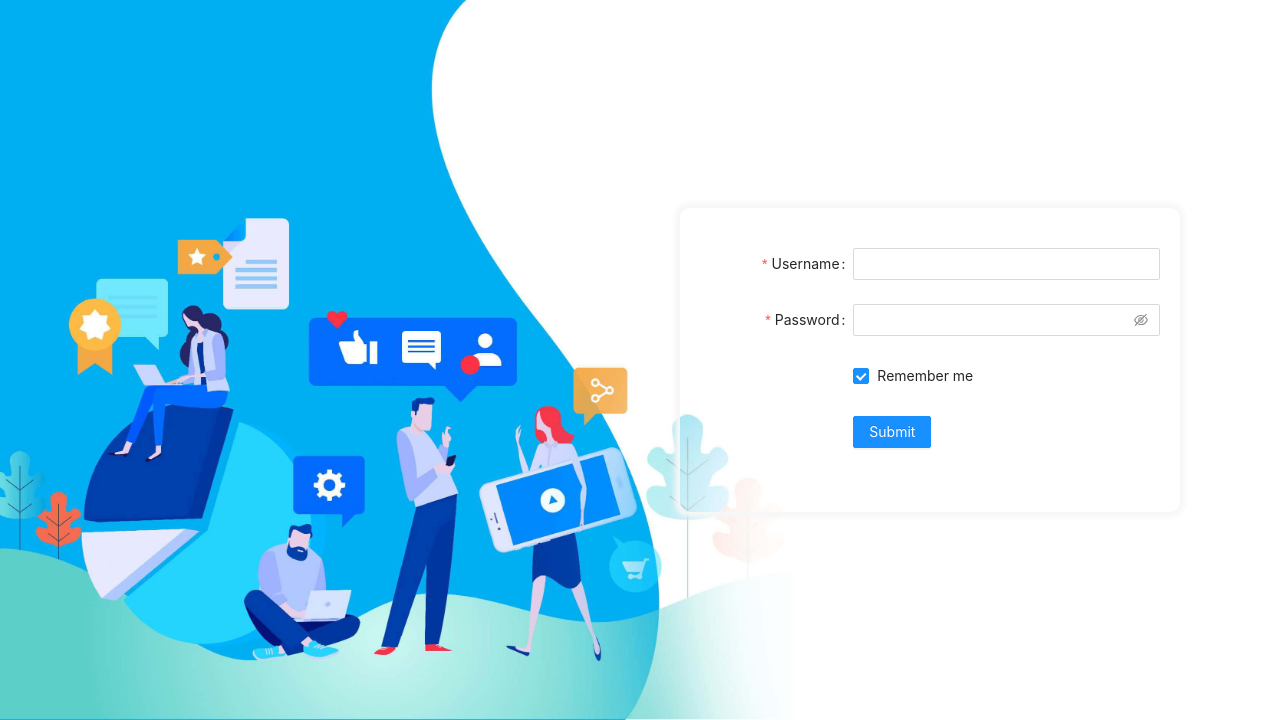
Repository: DallenCat/react-test
Page: /login
An editor plug-in stored every save of this project. The page is shown before and after a run of saves, followed by the edit.
The browser window is 1280 px wide. The pictures show the whole page.
The project was rebuilt for these pictures with package versions that can differ from the ones it lists, and the page was loaded fresh each time. Also part of the build but not shown: src/containers/dashboard/index.js, src/containers/personal/index.js, src/components/layout/index.css, src/components/layout/sider/menu.js, src/components/layout/sider/logo.js, src/components/layout/sider/index.js, src/components/layout/index.js.

Above is the page before, as saved 2021-10-29 17:30:25.

After the next 2 saves:
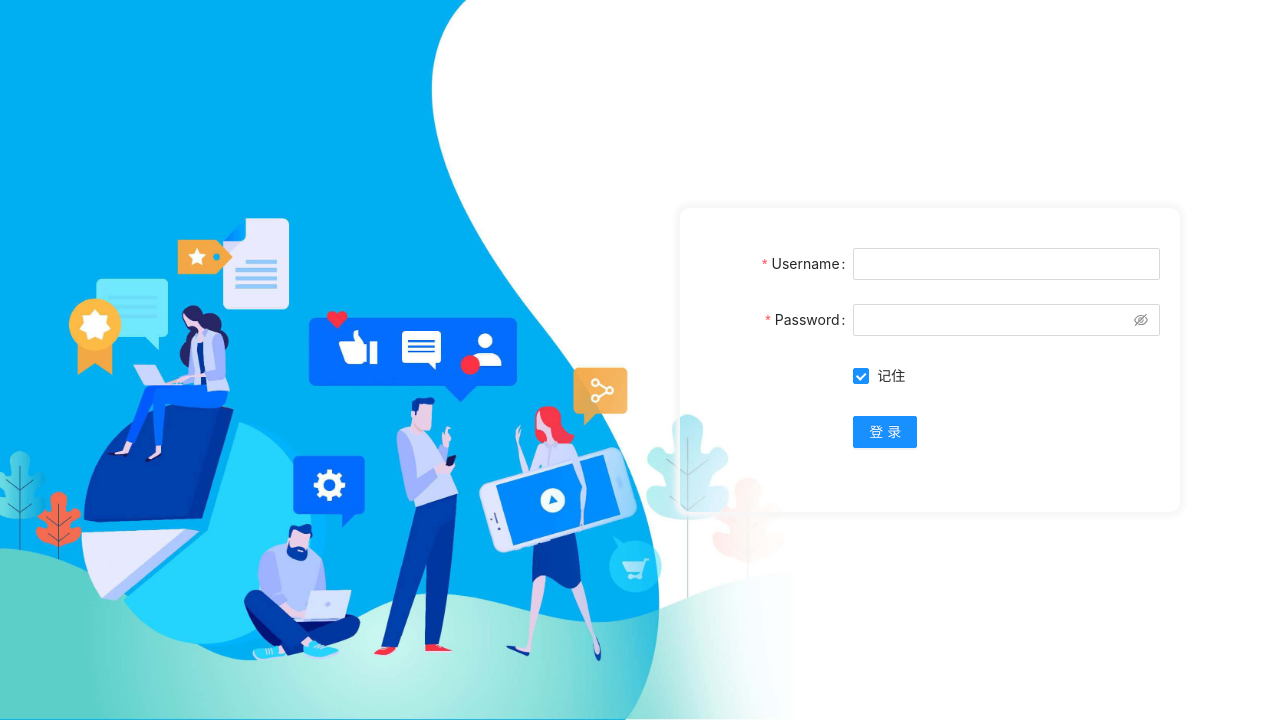
The 2 saves are shown as one change because they came seconds apart.
The last was saved 30 s later.
--- a/src/containers/login/index.js
+++ b/src/containers/login/index.js
@@ -4,7 +4,7 @@
  * @Author: dal
  * @Date: 2021-10-29 15:24:14
  * @LastEditors: dal
- * @LastEditTime: 2021-10-29 17:26:49
+ * @LastEditTime: 2021-10-29 17:30:52
  */
 import { Component } from "react";
 import { Form, Input, Button, Checkbox } from 'antd';
@@ -64,17 +64,12 @@ export function LoginForm(props) {
           span: 16,
         }}
       >
-        <Checkbox>Remember me</Checkbox>
+        <Checkbox>记住</Checkbox>
       </Form.Item>
 
-      <Form.Item
-        wrapperCol={{
-          offset: 8,
-          span: 16,
-        }}
-      >
+      <Form.Item wrapperCol={{ offset: 8, span: 16, }} >
         <Button type="primary" htmlType="submit">
-          Submit
+          登录
         </Button>
       </Form.Item>
     </Form>
